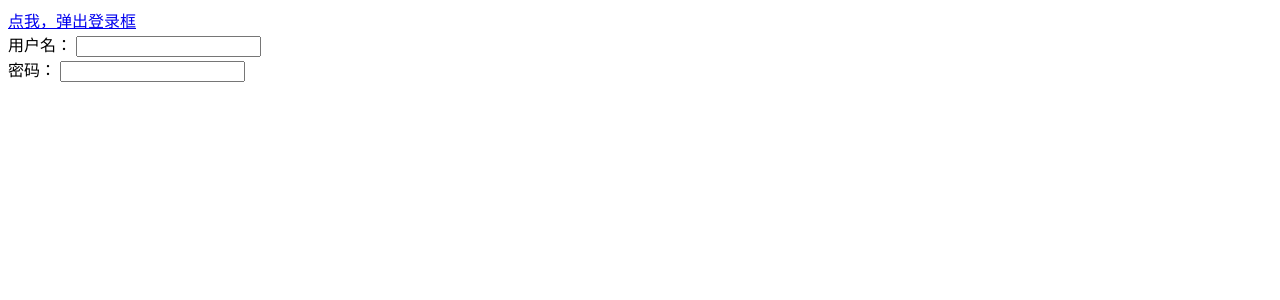
Repository: szl156/class
Page: review/javascript/test/test.html
The author's editor kept a copy of each file at every save. The page is drawn from the files as they stood at one save, then again after the next save.
The browser window is 1280 px wide. The pictures show the whole page.

Above is the page before, as saved 2022-07-25 16:12:51.

After the next save:
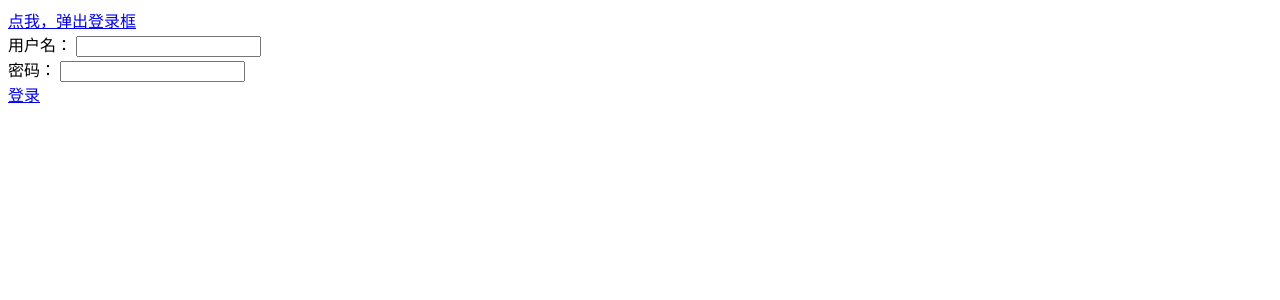
Saved 100 s later.
--- a/review/javascript/test/test.html
+++ b/review/javascript/test/test.html
@@ -21,7 +21,9 @@
             <label for="">密码：</label>
             <input type="password" name="psw" id="psw">
         </div>
+        <div id="loginBtn" class="login-button"><a href="javascript:;">登录</a></div>
     </div>
+    <div class="login-bg" id="bg"></div>
 </body>
 
 </html>
